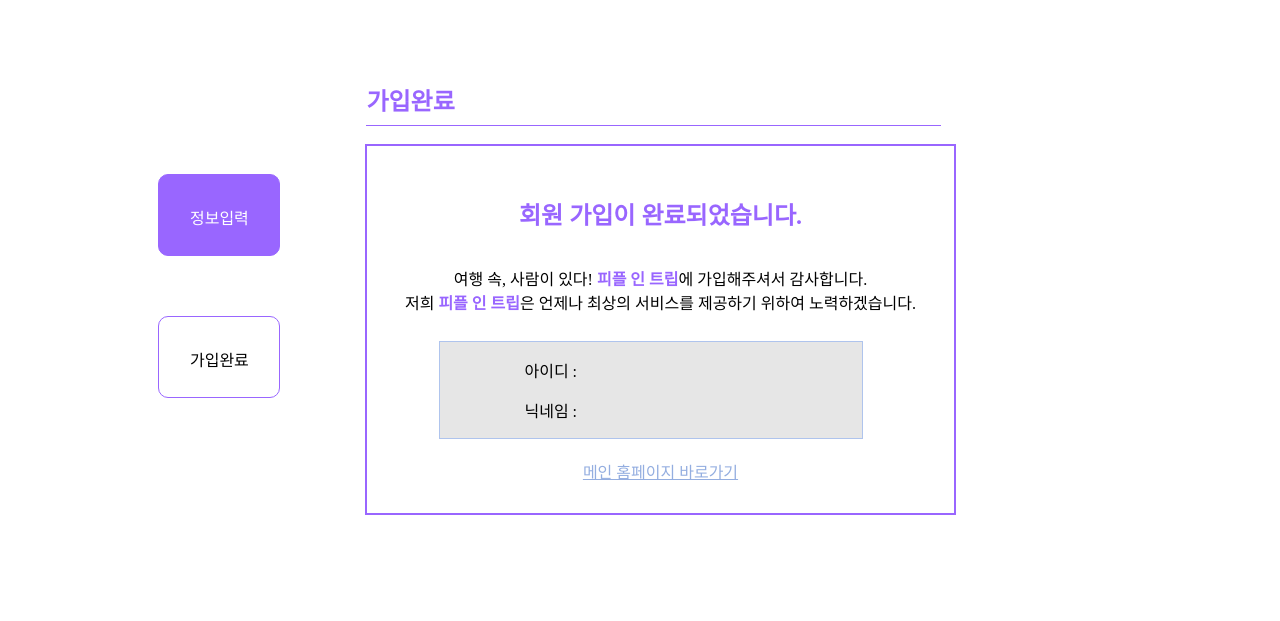
Repository: kimjinmin4535/ezen_loginteam
Page: http://localhost/Ezen_Project/signup/signupcomplete.jsp
An editor plug-in stored every save of this project. The page is shown before and after the next save, followed by the edit.
The browser window is 1280 px wide. The pictures show the whole page.
The page is served by Tomcat 9. Other server files are loaded and not shown.

Above is the page before, as saved 2022-07-05 15:57:25.

### Ezen_Project/src/main/webapp/signup/signupcomplete.jsp
<%@ page language="java" contentType="text/html; charset=UTF-8"
    pageEncoding="UTF-8"%>
<!DOCTYPE html>
<html>
<head>
<meta charset="UTF-8">
<title>회원가입 완료</title>
<link rel="stylesheet" href="../resources/css/signup/signup.css" />
</head>
<body>
	<div class="side_content">
		<p id="side_content1">정보입력</p>
		<p id="side_content2">가입완료</p>
	</div>
	<h3>가입완료</h3>
	<div class="signupcomplete_msg">
		<h2>회원 가입이 완료되었습니다.</h2>
		<p>여행 속, 사람이 있다! <strong>피플 인 트립</strong>에 가입해주셔서 감사합니다.<br>
		저희 <strong>피플 인 트립</strong>은 언제나 최상의 서비스를 제공하기 위하여 노력하겠습니다.</p>
		<div class="signupcomplete_information">
			<p>아이디 : </p>
			<p>닉네임 : </p>
		</div>
		<div class="main_home">
			<a href="#">메인 홈페이지 바로가기</a>
		</div>
	</div>
</body>
</html>

### Ezen_Project/src/main/webapp/resources/css/signup/signup.css
@charset "UTF-8";

body {
	display: flex;
	align-items: baseline;
	gap: 32px;
	padding: 48px 0;
}
.signupcomplete_msg {
	flex: 3.5;
	padding: 30px;
	text-align: center;
	border: 2px solid #9966ff;
	margin-right: 25%;
	margin-top: 7%;
}

.side_content {
	flex: 1;
	padding: 24px;
	margin-left: 10%;
}

.side_content:after {
  	content: "";
 	display: block;
  	height: 650%;
  	border-right: 1px solid #9966ff;
  	margin: 10% 0px;
}

@media (max-width: 40rem) {
.side_content {
    display: none;
  }
}

.signupcomplete_information {
	border: 1px solid #afc4ed;
	width:80%;
	background-color: #E6E6E6;
	margin-left: 8%;
	margin-top: 5%;
}
.signupcomplete_information > p {
	text-align: left;
	margin-left: 20%;
}

h3 {
	text-align: center;
	position: absolute;
	margin-left: 28%;
	margin-top: 2%;
	color: #9966ff;
	font-size: 24px;
}

h3:after {
  	content: "";
 	display: block;
  	width: 650%;
  	border-bottom: 1px solid #9966ff;
  	margin: 10% 0px;
}


.signupcomplete_msg > h2 {
	color: #9966ff;
}

.signupcomplete_msg > p > strong {
	color: #9966ff;
}

.signupcomplete_msg > p {
	padding-top: 15px;
}

.main_home > a {
	color: #94aee0;
}

.main_home {
	margin-top: 20px;

}

.side_content > #side_content1 {
	border: 1px solid #9966ff;
	background-color: #9966ff;
	color: white;
	height: 50px;
	width: 120px;
	text-align: center;
	border-radius: 10px;
	padding-top: 30px;
	margin-top: 30px;
}
.side_content > #side_content2 {
	border: 1px solid #9966ff;
	color: black;
	height: 50px;
	width: 120px;
	text-align: center;
	border-radius: 10px;
	padding-top: 30px;
	margin-top: 60px;
}
/* .side_content {
	text-align: left;
	width: 100px;
	position: absolute;
	height:0px;
	padding-left: 330px;
	padding-top: 250px;
	flex: 1;
} */
/*

After the next save:
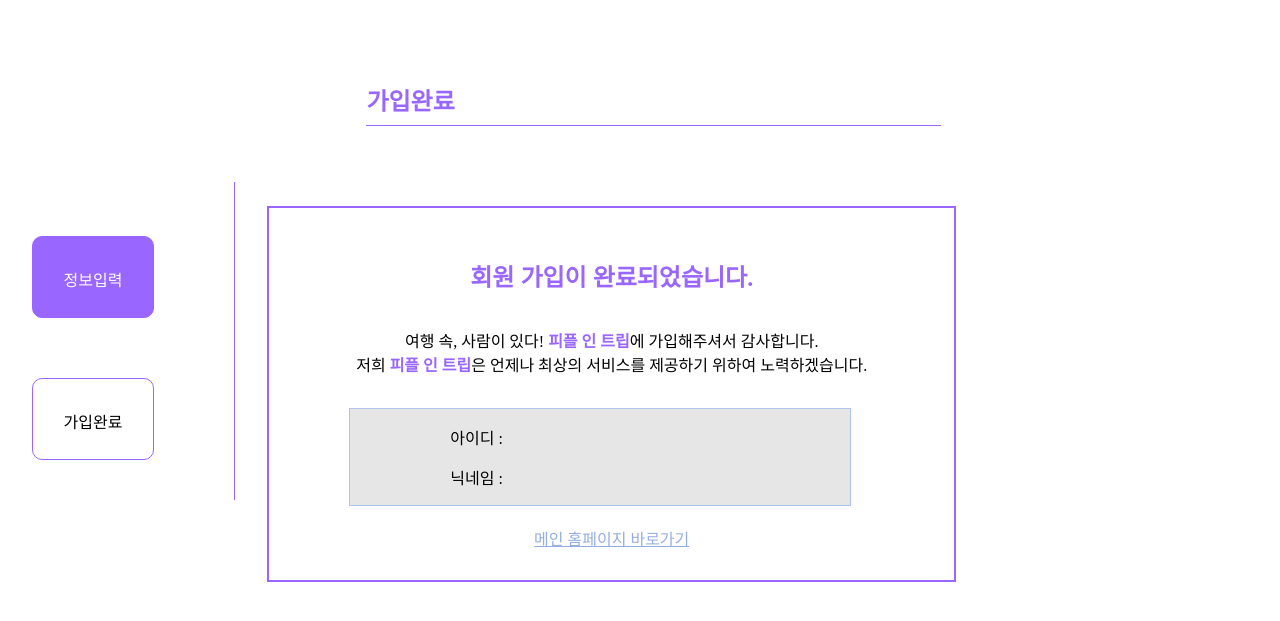
Saved 44 s later.
--- a/Ezen_Project/src/main/webapp/resources/css/signup/signup.css
+++ b/Ezen_Project/src/main/webapp/resources/css/signup/signup.css
@@ -21,7 +21,7 @@
 	margin-left: 10%;
 }
 
-.side_content:after {
+.side_content {
   	content: "";
  	display: block;
   	height: 650%;

After the save that followed:
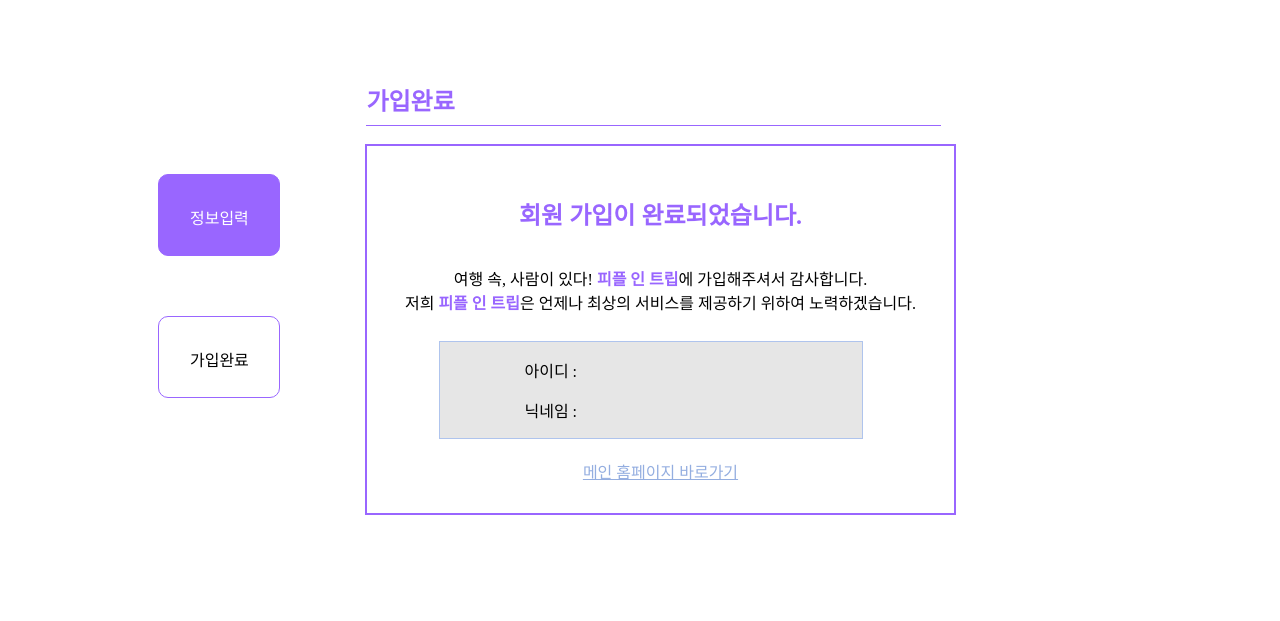
Saved 10 s later.
--- a/Ezen_Project/src/main/webapp/resources/css/signup/signup.css
+++ b/Ezen_Project/src/main/webapp/resources/css/signup/signup.css
@@ -21,7 +21,7 @@
 	margin-left: 10%;
 }
 
-.side_content {
+.side_content:after {
   	content: "";
  	display: block;
   	height: 650%;
